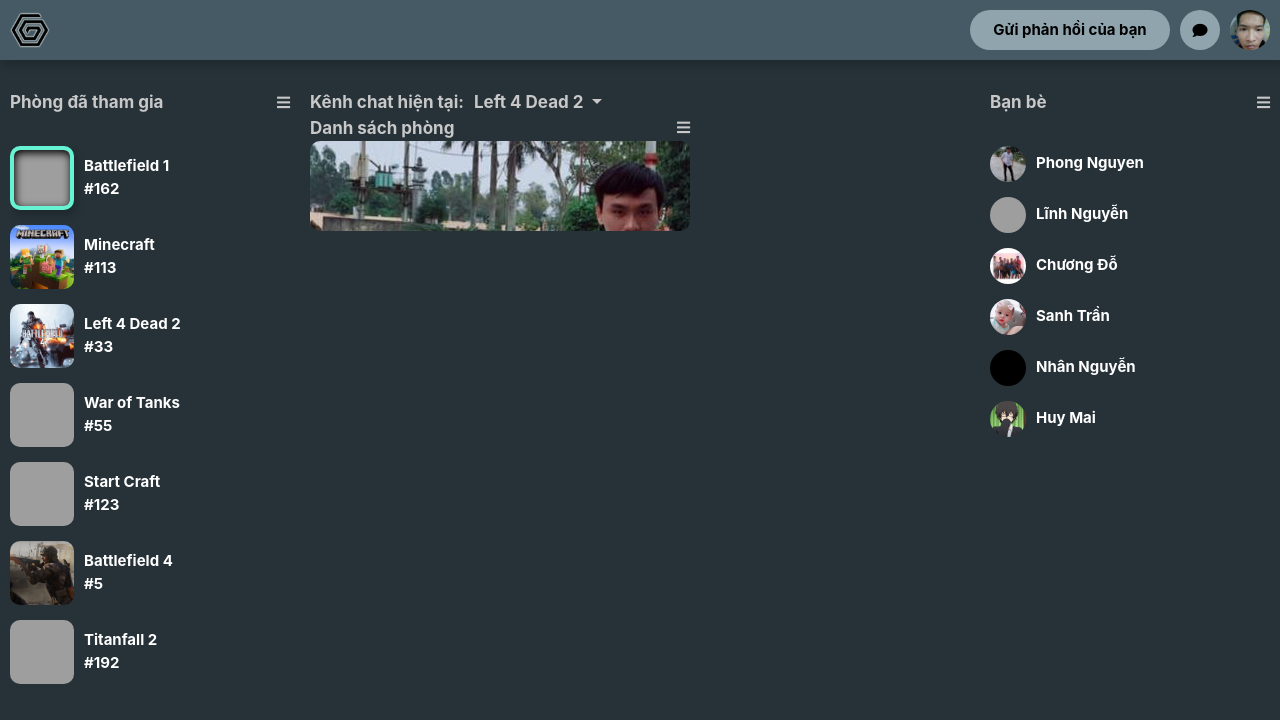
Repository: GammingCommnunity/docs
Page: web-layout/v2/html/index.html
An editor plug-in stored every save of this project. The page is shown before and after the next save, followed by the edit.
The browser window is 1280 px wide. The pictures show the whole page.
Pictures or frames that could not be fetched are drawn as grey boxes.

Above is the page before, as saved 2020-03-06 11:00:46.

### web-layout/v2/html/index.html
<!DOCTYPE html>
<html lang="vi">

<head>
	<meta charset="UTF-8">
	<meta name="viewport" content="width=device-width, initial-scale=1.0">
	<!-- title -->
	<title>Gaming Community</title>
	<!-- bootstrap -->
	<link rel="stylesheet" href="css/bootstrap/bootstrap.min.css">
	<!-- fontawesome -->
	<link href="css/fontawesome.css" rel="stylesheet">
	<link href="css/brands.css" rel="stylesheet">
	<link href="css/solid.css" rel="stylesheet">
</head>

<body>
	<!-- bootstrap -->
	<script src="js/jquery-3.4.1.min.js"></script>
	<script src="js/bootstrap/bootstrap.popper.min.js"></script>
	<script src="js/bootstrap/bootstrap.min.js"></script>
	<!-- define -->
	<style>
		:root {
			/* background color */
			--bg9: #263238;
			--bg8: #37474F;
			--bg7: #455A64;
			--bg6: #546E7A;
			--bg5: #607D8B;
			--bg4: #78909C;
			--bg3: #90A4AE;
			--bg2: #B0BEC5;
			--bg1: #CFD8DC;
			/* text color */
			--primary-text: white;
			--secondary-text: #C8C8C8;
			/* shadow */
			--shd: 3px 5px 9px rgba(0, 0, 0, .2);
			--shd-lg: 3px 5px 18px rgba(0, 0, 0, .2);
			--shd-highlight: 3px 5px 9px rgba(0, 0, 0, .2), inset 1px 3px 9px black;
			/* text size */
			--text-size-sm: 12px;
			--text-size-lg: 17px;
			/* highlight */
			--highlight: rgb(102, 243, 212);
			--border-highlight: 4px solid var(--highlight);
		}
	</style>

	<!-- global style -->
	<style>
		html {
			margin: 0;
			padding: 0;
		}

		html * {
			font-size: 15px;
			color: var(--primary-text);
		}

		/* ::-webkit-scrollbar {
			width: 3px;
			height: 3px;
		}

		::-webkit-scrollbar-thumb {
			background: rgb(9, 81, 71);
			border-radius: 999px;
		}

		::placeholder {
			color: rgb(13, 190, 150);
			font-size: 12px;
		} */

		pre {
			white-space: pre-line;
			word-break: break-word;
		}






		.img {
			background-size: cover;
			background-repeat: no-repeat;
			background-position: center;
		}

		.nowrap {
			white-space: nowrap;
		}

		.wrap {
			white-space: pre-line;
			word-break: break-word;
		}

		.logo {
			width: 40px;
			height: 40px;
		}

		/* component */
		.component {
			display: flex;
			flex-direction: column;
		}

		.component-head {
			display: flex;
			align-items: center;
		}

		.component-head * {
			color: var(--secondary-text);
		}

		.component-head label {
			margin-right: 10px;
			font-weight: bold;
			font-size: var(--text-size-lg);
			flex-grow: 1;
			overflow: hidden;
			white-space: nowrap;
		}

		.component .component-body {
			flex-grow: 1;
			display: flex;
			flex-direction: column;
			overflow: auto;
		}

		/* fix bootstrap */
		p,
		label {
			margin: 0;
		}

		.dropdown-menu {
			font-weight: bold;
			background-color: var(--bg6);
			box-shadow: var(--shd-lg);
		}

		.dropdown-menu * {
			font-weight: bold;
			transition: all .3s ease;
			color: var(--primary-text);
		}

		.dropdown-menu .dropdown-item:hover {
			color: var(--bg6);
			border-left: 4px solid var(--highlight);
		}
	</style>

	<!-- framework -->
	<style>
		header {
			width: 100vw;
			height: 60px;
			padding-left: 10px;
			padding-right: 10px;
			position: fixed;
			top: 0;
			display: flex;
			align-items: center;
			background-color: var(--bg7);
			box-shadow: var(--shd);
		}

		header .space {
			flex-grow: 1;
		}

		header .button {
			width: 40px;
			height: 40px;
			display: flex;
			justify-content: center;
			align-items: center;
			border-radius: 40px;
			background-color: var(--bg3);
			margin-left: 10px;
			cursor: pointer;
			color: black;
		}

		header .button * {
			color: black;
		}

		.feedback-btn {
			width: 200px !important;
			font-weight: bold;
		}

		.main-container {
			width: 100vw;
			height: 100vh;
			background-color: var(--bg9);
			padding-top: 60px;
			display: flex;
			align-items: stretch;
			justify-content: space-between;
		}

		.main-container article {
			flex-grow: 1;
			padding: 30px 10px 0 10px;
			max-width: 1000px;
		}

		.main-container nav {
			width: 300px;
			padding: 30px 10px 0 10px;
			color: var(--secondary-text);
		}

		.main-container nav .component-head {
			margin-bottom: 30px;
		}


		/* joined-rooms-item */
		.joined-rooms-item {
			width: 100%;
			display: flex;
			margin-bottom: 15px;
		}

		.joined-rooms-item .img {
			width: 64px;
			height: 64px;
			border-radius: 10px;
		}

		.joined-rooms-item * {
			font-weight: bold;
		}

		.joined-rooms-item .info {
			height: 64px;
			padding-left: 10px;
			flex-grow: 1;
			display: flex;
			flex-direction: column;
			align-items: flex-start;
			justify-content: center;
		}

		.joined-rooms-item .info * {
			overflow: hidden;
			white-space: nowrap;
		}

		/* active */
		.joined-rooms-item.active .img {
			border: var(--border-highlight);
			box-shadow: var(--shd-highlight);
		}

		/* friends-item */
		.friends-item {
			width: 100%;
			display: flex;
			align-items: center;
			margin-bottom: 15px;
		}

		.friends-item .img {
			width: 36px;
			height: 36px;
			border-radius: 36px;
		}

		.friends-item * {
			font-weight: bold;
		}

		.friends-item .name {
			padding-left: 10px;
			overflow: hidden;
			white-space: nowrap;
		}
	</style>

	<!-- game channel -->
	<style>
		.game-channels-list {
			font-weight: bold;
		}

		.game-channels{
			display: flex;
			flex-direction: column;
			height: 100%;
		}

		.game-channels-head{
			border-bottom: 40px;
			display: flex;
			align-items: center;
		}

		.game-channels-head label{
			color: var(--secondary-text);
			font-size: var(--text-size-lg);
			font-weight: bold;
			padding-right: 10px;
		}

		.game-channels-head .game-channels-list{
			flex-grow: 1;
		}

		.game-channels-body{
			flex-grow: 1;
			display: flex;
		}

		.rooms{
			width: 380px;
			min-width: 380px;
			height: 100%;
		}

		.global-chats{
			flex-grow: 1;
			height: 100%;
		}

		.rooms-item{
			width: 100%;
			height: 90px;
			border-radius: 10px;
			background-color: rgba(0, 0, 0, .8);
		}
	</style>




	<header>
		<div class="logo img" style="background-image: url(img/logo.png)"></div>
		<div class="space"></div>
		<div class="button feedback-btn">Gửi phản hồi của bạn</div>
		<div class="button">
			<i class="fas fa-comment"></i>
		</div>
		<div class="button img" style="background-image: url(img/avatar.jpg)"></div>
	</header>



	<div class="main-container">






		<!-- joined room -->
		<nav class="component">
			<div class="component-head">
				<label>Phòng đã tham gia</label>
				<div>
					<i class="fas fa-bars"></i>
				</div>
			</div>
			<div class="component-body">

				<div class="joined-rooms-item active">
					<div class="img" style="background-image: url(img/14.jpg)"></div>
					<div class="info">
						<p>Battlefield 1</p>
						<p>#162</p>
					</div>
				</div>

				<div class="joined-rooms-item">
					<div class="img" style="background-image: url(img/10.jpg)"></div>
					<div class="info">
						<p>Minecraft</p>
						<p>#113</p>
					</div>
				</div>

				<div class="joined-rooms-item">
					<div class="img" style="background-image: url(img/9.jpg)"></div>
					<div class="info">
						<p>Left 4 Dead 2</p>
						<p>#33</p>
					</div>
				</div>

				<div class="joined-rooms-item">
					<div class="img" style="background-image: url(img/13.jpg)"></div>
					<div class="info">
						<p>War of Tanks</p>
						<p>#55</p>
					</div>
				</div>

				<div class="joined-rooms-item">
					<div class="img" style="background-image: url(img/12.jpg)"></div>
					<div class="info">
						<p>Start Craft</p>
						<p>#123</p>
					</div>
				</div>

				<div class="joined-rooms-item">
					<div class="img" style="background-image: url(img/16.jpg)"></div>
					<div class="info">
						<p>Battlefield 4</p>
						<p>#5</p>
					</div>
				</div>

				<div class="joined-rooms-item">
					<div class="img" style="background-image: url(img/11.jpg)"></div>
					<div class="info">
						<p>Titanfall 2</p>
						<p>#192</p>
					</div>
				</div>


			</div>
		</nav>

		<!-- game channel -->
		<article>
			<div class="game-channels">
				<div class="game-channels-head">
					<label>Kênh chat hiện tại:</label>
					<div class="game-channels-list dropdown">
						<label class="dropdown-toggle" id="" data-toggle="dropdown" aria-haspopup="true"
							aria-expanded="false">
							Left 4 Dead 2
						</label>
						<div class="dropdown-menu" aria-labelledby="dropdownMenuButton">
							<a class="dropdown-item" href="#">GTA 5</a>
							<a class="dropdown-item" href="#">Minecraft</a>
							<a class="dropdown-item" href="#">Left 4 Dead 2</a>
							<a class="dropdown-item" href="#">War Frame</a>
							<a class="dropdown-item" href="#">Titanfall 2</a>
							<a class="dropdown-item" href="#">Start Craft</a>
							<a class="dropdown-item" href="#">HearthStone</a>
						</div>
					</div>
				</div>
				<div class="game-channels-body">
					<div class="rooms component">
						<div class="component-head">
							<label>Danh sách phòng</label>
							<div>
								<i class="fas fa-bars"></i>
							</div>
						</div>
						<div class="component-body">

							<div class="rooms-item" style="background-image: url(img/100.jpg)">

							</div>

						</div>
					</div>
				</div>
			</div>
		</article>

		<!-- friends -->
		<nav class="component">
			<div class="component-head">
				<label>Bạn bè</label>
				<div>
					<i class="fas fa-bars"></i>
				</div>
			</div>
			<div class="component-body">

				<div class="friends-item">
					<div class="img" style="background-image: url(img/100.jpg)"></div>
					<p class="name">Phong Nguyen</p>
				</div>

				<div class="friends-item">
					<div class="img" style="background-image: url(img/101.jpg)"></div>
					<p class="name">Lĩnh Nguyễn</p>
				</div>

				<div class="friends-item">
					<div class="img" style="background-image: url(img/102.jpg)"></div>
					<p class="name">Chương Đỗ</p>
				</div>

				<div class="friends-item">
					<div class="img" style="background-image: url(img/103.jpg)"></div>
					<p class="name">Sanh Trần</p>
				</div>

				<div class="friends-item">
					<div class="img" style="background-image: url(img/104.jpg)"></div>
					<p class="name">Nhân Nguyễn</p>
				</div>

				<div class="friends-item">
					<div class="img" style="background-image: url(img/105.jpg)"></div>
					<p class="name">Huy Mai</p>
				</div>


			</div>
		</nav>






	</div>




</body>

</html>

### web-layout/v2/html/css/brands.css
/*!
 * Font Awesome Free 5.12.0 by @fontawesome - https://fontawesome.com
 * License - https://fontawesome.com/license/free (Icons: CC BY 4.0, Fonts: SIL OFL 1.1, Code: MIT License)
 */
@font-face {
  font-family: 'Font Awesome 5 Brands';
  font-style: normal;
  font-weight: normal;
  font-display: auto;
  src: url("../webfonts/fa-brands-400.eot");
  src: url("../webfonts/fa-brands-400.eot?#iefix") format("embedded-opentype"), url("../webfonts/fa-brands-400.woff2") format("woff2"), url("../webfonts/fa-brands-400.woff") format("woff"), url("../webfonts/fa-brands-400.ttf") format("truetype"), url("../webfonts/fa-brands-400.svg#fontawesome") format("svg"); }

.fab {
  font-family: 'Font Awesome 5 Brands'; }

### web-layout/v2/html/css/solid.css
/*!
 * Font Awesome Free 5.12.0 by @fontawesome - https://fontawesome.com
 * License - https://fontawesome.com/license/free (Icons: CC BY 4.0, Fonts: SIL OFL 1.1, Code: MIT License)
 */
@font-face {
  font-family: 'Font Awesome 5 Free';
  font-style: normal;
  font-weight: 900;
  font-display: auto;
  src: url("../webfonts/fa-solid-900.eot");
  src: url("../webfonts/fa-solid-900.eot?#iefix") format("embedded-opentype"), url("../webfonts/fa-solid-900.woff2") format("woff2"), url("../webfonts/fa-solid-900.woff") format("woff"), url("../webfonts/fa-solid-900.ttf") format("truetype"), url("../webfonts/fa-solid-900.svg#fontawesome") format("svg"); }

.fa,
.fas {
  font-family: 'Font Awesome 5 Free';
  font-weight: 900; }

Loaded but not shown: web-layout/v2/html/css/bootstrap/bootstrap.min.css (library); web-layout/v2/html/css/fontawesome.css (library); web-layout/v2/html/js/jquery-3.4.1.min.js (library); web-layout/v2/html/js/bootstrap/bootstrap.popper.min.js (library); web-layout/v2/html/js/bootstrap/bootstrap.min.js (library)

After the next save:
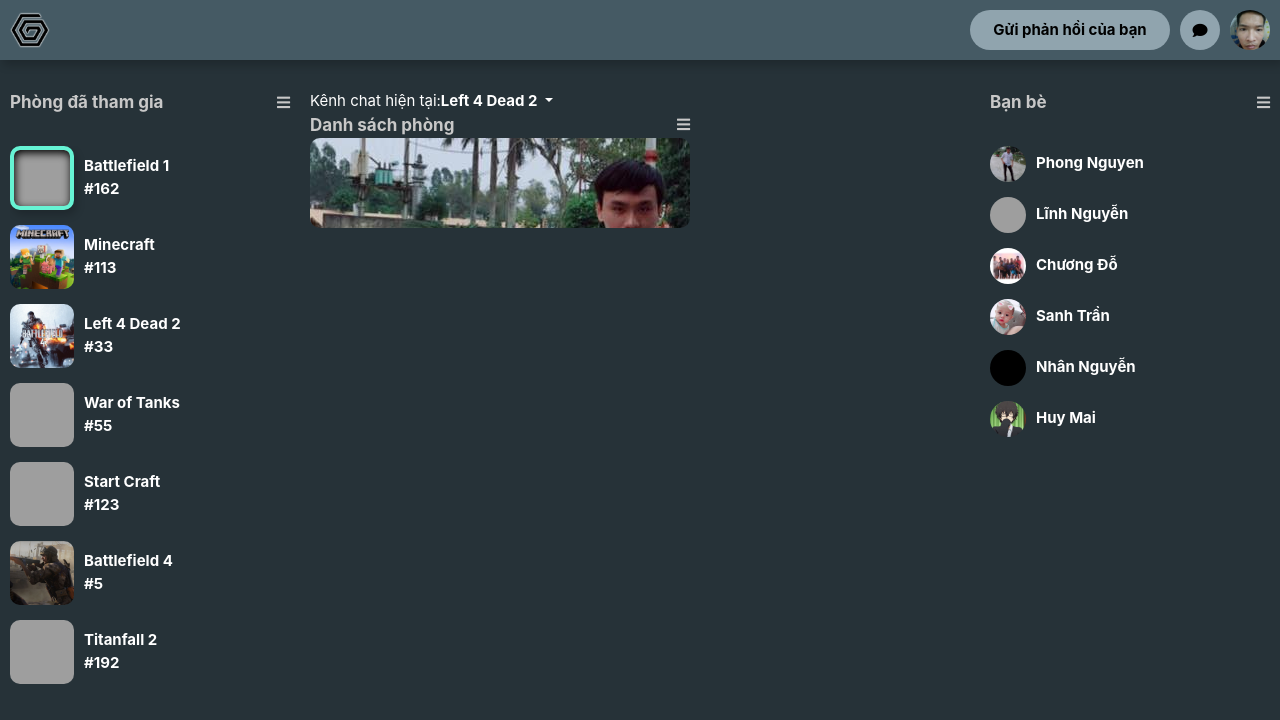
Saved 61 s later.
--- a/web-layout/v2/html/index.html
+++ b/web-layout/v2/html/index.html
@@ -309,7 +309,7 @@
 			align-items: center;
 		}
 
-		.game-channels-head label{
+		.game-channels-head label:first-child(){
 			color: var(--secondary-text);
 			font-size: var(--text-size-lg);
 			font-weight: bold;

After the save that followed:
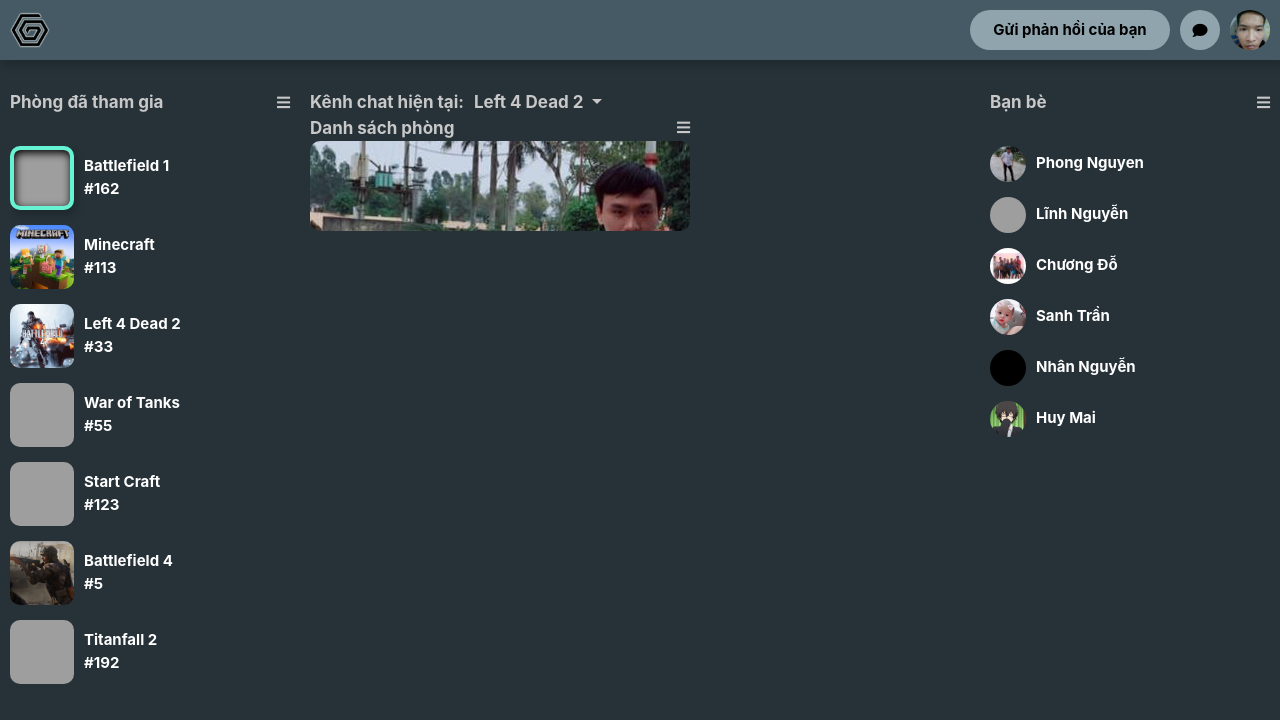
Saved 4 s later.
--- a/web-layout/v2/html/index.html
+++ b/web-layout/v2/html/index.html
@@ -309,7 +309,7 @@
 			align-items: center;
 		}
 
-		.game-channels-head label:first-child(){
+		.game-channels-head label:first-child{
 			color: var(--secondary-text);
 			font-size: var(--text-size-lg);
 			font-weight: bold;
